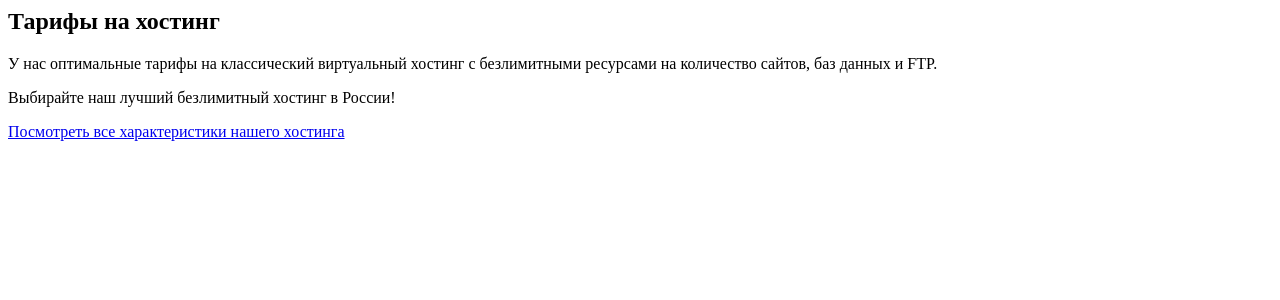
Repository: Inzhir2022/hosting
Page: src/_includes/_tariffs.html
An editor plug-in stored every save of this project. The page is shown before and after the next save, followed by the edit.
The browser window is 1280 px wide. The pictures show the whole page.

Above is the page before, as saved 2022-07-16 16:23:02.

After the next save:
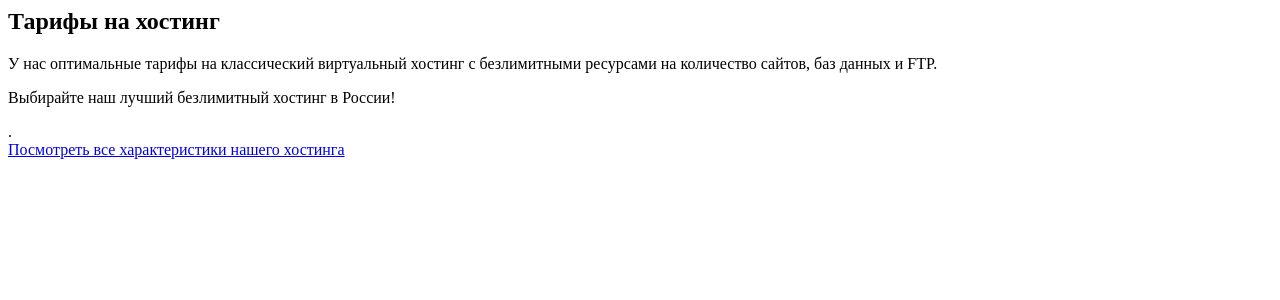
Saved 84 s later.
--- a/src/_includes/_tariffs.html
+++ b/src/_includes/_tariffs.html
@@ -5,8 +5,8 @@
       <p>У нас оптимальные тарифы на классический виртуальный хостинг с безлимитными ресурсами на количество сайтов, баз данных и FTP.</p>
       <p>Выбирайте наш лучший <span class="tariffs__text_bold"> безлимитный</span> хостинг в России!</p>
     </div>
-    <div class="tariffs__card-item">
-
+    <div class="tariffs__cards">
+      .
     </div>
     <div class="tariffs__link-more">
       <a href="#">Посмотреть все характеристики нашего хостинга</a>
